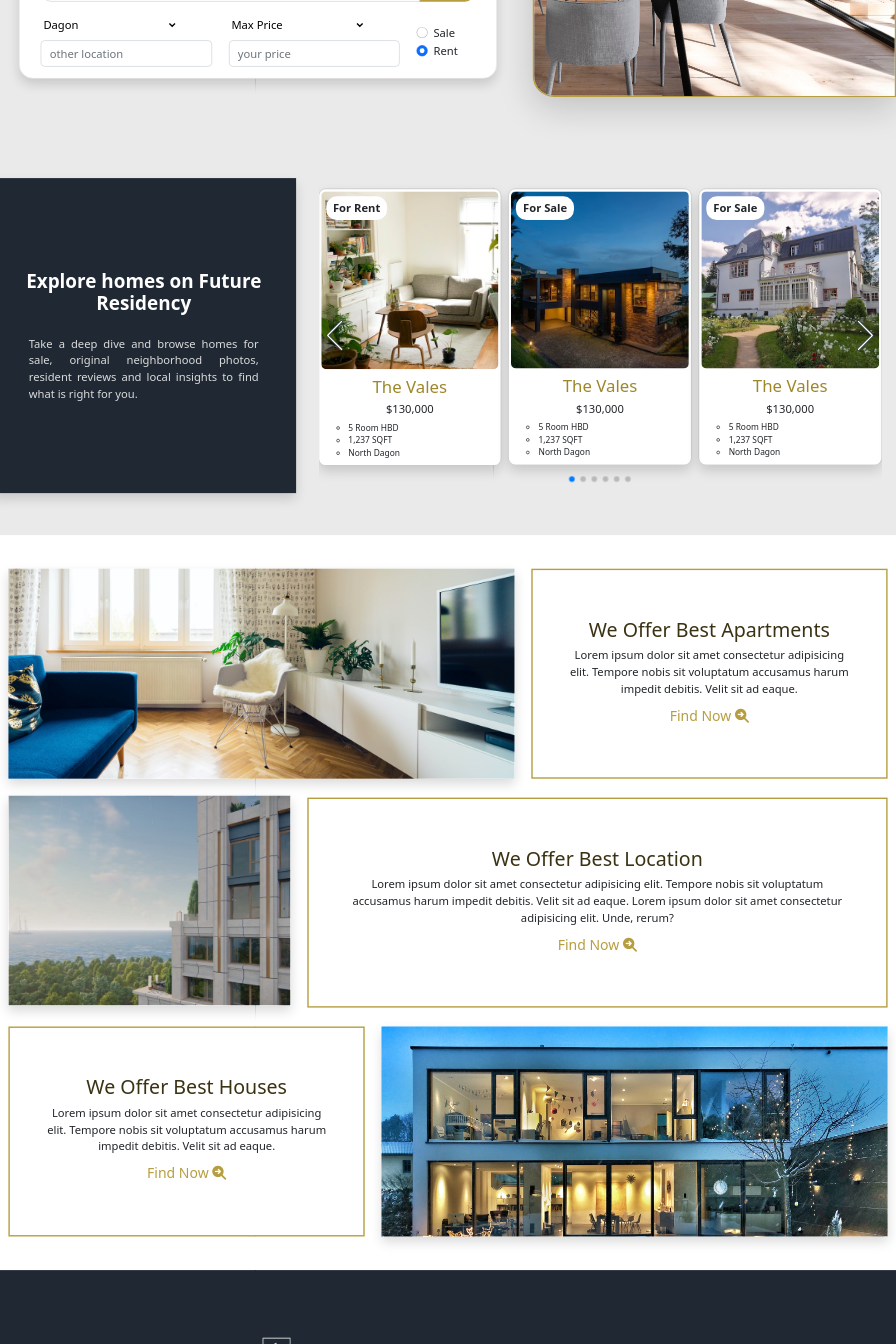
Repository: pyaestk/Future-residency
Page: index.html
These files come from the project's save history. The page is drawn as it stood at one moment and after the next save; the edit follows.
The browser window is 1280 px wide. The pictures show the part of the page from y = 508 to 2428 px (the page is 2765 px tall), at 70% of full size.
Pictures or frames that could not be fetched are drawn as grey boxes.

Above is the page before, as saved 2022-12-06 21:36:16.

### index.html
<!doctype html>
<html lang="en">

<head>
  <meta charset="utf-8">
  <meta name="viewport" content="width=device-width, initial-scale=1, minimum-scale=1, maximum-scale=1 ">
  <title>FUTURE-RESIDENCY</title>
  <!--bootstrap-->
  <link href="https://cdn.jsdelivr.net/npm/bootstrap@5.2.3/dist/css/bootstrap.min.css" rel="stylesheet"
    integrity="sha384-rbsA2VBKQhggwzxH7pPCaAqO46MgnOM80zW1RWuH61DGLwZJEdK2Kadq2F9CUG65" crossorigin="anonymous">

  <!--custom css-->
  <link rel="stylesheet" href="style.css" type="text/css">
  <link rel="stylesheet" href="styleMobileview.css" type="text/css">
  <link rel="stylesheet" href="styleTabletview.css" type="text/css">

  <!--font awesome-->
  <link rel="stylesheet" href="https://cdnjs.cloudflare.com/ajax/libs/font-awesome/6.2.1/css/all.min.css"
    integrity="sha512-MV7K8+y+gLIBoVD59lQIYicR65iaqukzvf/nwasF0nqhPay5w/9lJmVM2hMDcnK1OnMGCdVK+iQrJ7lzPJQd1w=="
    crossorigin="anonymous" referrerpolicy="no-referrer" />

  <!--swiper js-->
  <link rel="stylesheet" href="https://cdn.jsdelivr.net/npm/swiper@8/swiper-bundle.min.css" />

</head>

<body>

  <!-- background -->
  <div class="background"></div>
  <!--navigation-->
  <nav class="shadow">
    <div class="logo-area">
      <img src="img/FUTURE_ReSIDENCY-removebg-preview.png" alt="logo" class="logo">
      <span>FUTURE-RESIDENCY</span>
    </div>


    <!--desktop-->
    <div class="navlinks" id="nav-right">
      <div class="icon closeMenubar shadow" onclick="hideMenu()">
        <i class="fa-solid fa-xmark"></i>
      </div>
      <ul>
        <li><a href="#home">HOME</a></li>
        <li><a href="properties.html">PROPERTIES</a></li>
        <li><a href="aboutUs.html">ABOUT US</a></li>
        <li><a href="contactUs.html">CONTACT US</a></li>
        <a href="singIn.html" class="navibutton">JOIN</a></li>
      </ul>
    </div>
    <div class="icon openMenubar">
      <i class="fa-solid fa-bars" onclick="showMenu()"></i>
    </div>
  </nav>
  <!--end navigation-->


  <!--jumbotron-->
  <div class="jumbotron mb-5" id="home">
    <div class="row mt-3">

      <div class="col-md-7 content">
        <div class="row px-5 text-center">
          <div class="col-md-12 mt-4 px-1">
            <div class="subtext text-center">
              <h4>Future Residency Real Estate</h4>
            </div>
            <p>Discover A Place You'll Love To Live</p>
            <div class="subtext my-4 text-center">
              Save thousands. Use our innovative technology to walk you
              step-by-step through the home buying and selling process.
            </div>
            <hr>
          </div>
        </div>

        <div class="row justify-content-md-center formsession">
          <div class="col-md-12">
            <div class="mb-3 text-center"><span>Let's find a home that's perfect for you <i
                  class="fa-sharp fa-solid fa-caret-down"></i></span></div>
            <div class="searchSection shadow  py-3 ">
              <div class="row">
                <div class="container input-group form-area mb-3 searchgroup">
                  <input type="text" class="form-control searchbar" placeholder="Address, neighborhood, city, ZIP code">
                  <button><i class="fa-solid fa-magnifying-glass"></i></button>
                </div>
              </div>
              <div class="row">
                <div class="col-md-5 col">
                  <select name="" id="">
                    <option value="">Dagon</option>
                    <option value="">North Dagon</option>
                    <option value="">Yankin</option>
                    <option value="">San Chaung</option>
                  </select>
                  <input type="text" class="form-control" placeholder="other location">
                </div>
                <div class="col-md-5 col">
                  <select name="" id="">
                    <option value="">Max Price</option>
                    <option value="">Average</option>
                    <option value="">Min Price</option>
                  </select>
                  <input type="text" class="form-control" placeholder="your price">
                </div>
                <div class="col-md-2 pt-3 col-3">
                  <div class="form-check">
                    <input class="form-check-input" type="radio" name="flexRadioDefault" id="flexRadioDefault1">
                    <label class="form-check-label" for="flexRadioDefault1">
                      Sale
                    </label>
                  </div>
                  <div class="form-check">
                    <input class="form-check-input" type="radio" name="flexRadioDefault" id="flexRadioDefault2" checked>
                    <label class="form-check-label" for="flexRadioDefault2">
                      Rent
                    </label>
                  </div>
                </div>
              </div>
            </div>
          </div>
        </div>
      </div>

      <div class="col-md-5 text-center customCarousel my-2">
        <div id="carouselExampleCaptions" class="carousel slide w-100" data-bs-ride="true">
          <div class="carousel-inner carouselborder shadow-lg">
            <div class="carousel-item active">
              <img src="img/carousel1.jpg" class="img-fluid d-block w-100" alt="...">
            </div>
            <div class="carousel-item">
              <img src="img/carousel2.jpg" class="img-fluid d-block w-100" alt="...">
            </div>
            <div class="carousel-item">
              <img src="img/carousel3.jpg" class="img-fluid d-block w-100" alt="...">
            </div>
          </div>
          <button class="carousel-control-next" type="button" data-bs-target="#carouselExampleCaptions"
            data-bs-slide="next">
            <span class="carousel-control-next-icon" aria-hidden="true"></span>
            <span class="visually-hidden">Next</span>
          </button>
        </div>
      </div>
    </div>
  </div>
  <!--end jumbotron-->

  <div class="group1">
    <div class="row">

      <div class="col-md-4">
        <div class="row label2 shadow">
          <div class="col-md-12 text-center">

            <h3>Explore homes on Future Residency</h3>
            <p class="sublabel">
              Take a deep dive and browse homes for sale, original neighborhood photos, resident reviews and local
              insights to find what is right for you.
            </p>

          </div>
        </div>
      </div>

      <div class="col-md-8">

        <div class="row featuredcard">
          <div class="col-md-12">
            <!--index swiperJs-->
            <div class="swiper mySwiper">
              <div class="swiper-wrapper mb-4">
                <div class="swiper-slide">

                  <div class="card salecard shadow">
                    <div class="salecard-img">
                      <img src="img/apartment1.jpg" class="card-img-top" alt="...">
                      <div class="layer">
                        <h6> See More <i class="fa-sharp fa-solid fa-arrow-right-from-bracket"></i></h6>
                      </div>
                      <div class="layer2">
                        <span>For Rent</span>
                      </div>
                    </div>
                    <div class="salecard-body">
                      <div class="row">
                        <div class="col-md-12 text-center">
                          <h4>The Vales</h4>
                          <h6>$130,000</h6>
                        </div>
                        <div class="col-md-12">
                          <li>5 Room HBD</li>
                          <li>1,237 SQFT</li>
                          <li>North Dagon</li>
                        </div>
                      </div>
                    </div>
                  </div>

                </div>
                <div class="swiper-slide">

                  <div class="card salecard shadow">
                    <div class="salecard-img">
                      <img src="img/house3.jpg" class="card-img-top" alt="...">
                      <div class="layer">
                        <h6> See More <i class="fa-sharp fa-solid fa-arrow-right-from-bracket"></i></h6>
                      </div>
                      <div class="layer2">
                        <span>For Sale</span>
                      </div>
                    </div>
                    <div class="salecard-body">
                      <div class="row">
                        <div class="col-md-12 text-center">
                          <h4>The Vales</h4>
                          <h6>$130,000</h6>
                        </div>
                        <div class="col-md-12">
                          <li>5 Room HBD</li>
                          <li>1,237 SQFT</li>
                          <li>North Dagon</li>
                        </div>
                      </div>
                    </div>
                  </div>

                </div>
                <div class="swiper-slide">

                  <div class="card salecard shadow">
                    <div class="salecard-img">
                      <img src="img/house1.jpg" class="card-img-top" alt="...">
                      <div class="layer">
                        <h6> See More <i class="fa-sharp fa-solid fa-arrow-right-from-bracket"></i></h6>
                      </div>
                      <div class="layer2">
                        <span>For Sale</span>
                      </div>
                    </div>
                    <div class="salecard-body">
                      <div class="row">
                        <div class="col-md-12 text-center">
                          <h4>The Vales</h4>
                          <h6>$130,000</h6>
                        </div>
                        <div class="col-md-12">
                          <li>5 Room HBD</li>
                          <li>1,237 SQFT</li>
                          <li>North Dagon</li>
                        </div>
                      </div>
                    </div>
                  </div>

                </div>
                <div class="swiper-slide">

                  <div class="card salecard shadow">
                    <div class="salecard-img">
                      <img src="img/house5.jpg" class="card-img-top" alt="...">
                      <div class="layer">
                        <h6> See More <i class="fa-sharp fa-solid fa-arrow-right-from-bracket"></i></h6>
                      </div>
                      <div class="layer2">
                        <span>For Sale</span>
                      </div>
                    </div>
                    <div class="salecard-body">
                      <div class="row">
                        <div class="col-md-12 text-center">
                          <h4>The Vales</h4>
                          <h6>$130,000</h6>
                        </div>
                        <div class="col-md-12">
                          <li>5 Room HBD</li>
                          <li>1,237 SQFT</li>
                          <li>North Dagon</li>
                        </div>
                      </div>
                    </div>
                  </div>

                </div>
                <div class="swiper-slide">

                  <div class="card salecard shadow">
                    <div class="salecard-img">
                      <img src="img/house10.jpg" class="card-img-top" alt="...">
                      <div class="layer">
                        <h6> See More <i class="fa-sharp fa-solid fa-arrow-right-from-bracket"></i></h6>
                      </div>
                      <div class="layer2">
                        <span>For Sale</span>
                      </div>
                    </div>
                    <div class="salecard-body">
                      <div class="row">
                        <div class="col-md-12 text-center">
                          <h4>The Vales</h4>
                          <h6>$130,000</h6>
                        </div>
                        <div class="col-md-12">
                          <li>5 Room HBD</li>
                          <li>1,237 SQFT</li>
                          <li>North Dagon</li>
                        </div>
                      </div>
                    </div>
                  </div>

                </div>
                <div class="swiper-slide">

                  <div class="card salecard shadow">
                    <div class="salecard-img">
                      <img src="img/apartment5.jpg" class="card-img-top" alt="...">
                      <div class="layer">
                        <h6> See More <i class="fa-sharp fa-solid fa-arrow-right-from-bracket"></i></h6>
                      </div>
                      <div class="layer2">
                        <span>For Rent</span>
                      </div>
                    </div>
                    <div class="salecard-body">
                      <div class="row">
                        <div class="col-md-12 text-center">
                          <h4>The Vales</h4>
                          <h6>$130,000</h6>
                        </div>
                        <div class="col-md-12">
                          <li>5 Room HBD</li>
                          <li>1,237 SQFT</li>
                          <li>North Dagon</li>
                        </div>
                      </div>
                    </div>
                  </div>

                </div>

              </div>

              <div class="swiper-button-next" style="color: #ffffff;   -webkit-text-stroke-width: 1px;
              -webkit-text-stroke-color: #1F2833;"></div>

              <div class="swiper-button-prev text-light" style="color: #ffffff;   -webkit-text-stroke-width: 1px;
              -webkit-text-stroke-color: #1F2833;"></div>

              <div class="swiper-pagination"></div>
            </div>
          </div>
          <!--swiperJs end-->
        </div>
      </div>

    </div>
  </div>
  <!--group1 end-->




  <div class="container-fluid pt-5">
    <div class="row pic-container">
      <div class="col-md-7">
        <div class="pic1">
          <img class="shadow" src="img/jarek-ceborski-jn7uVeCdf6U-unsplash.jpg" alt="">
        </div>
      </div>
      <div class=" col-md-5 d-flex flex-column justify-content-center">
        <div class="pic1-caption d-flex flex-column justify-content-center px-5 align-items-center">
          <h3>We Offer Best Apartments</h3>
          <span>Lorem ipsum dolor sit amet consectetur adipisicing elit.
             Tempore nobis sit voluptatum accusamus harum impedit debitis.
             Velit sit ad eaque.
          </span>
          <h6>Find Now <i class="fa-solid fa-magnifying-glass-arrow-right"></i></h6>
        </div>
      </div>
    </div>
  </div>
  <div class="container-fluid pt-2">
    <div class="row mt-3">
      <div class="col-md-4 vid">
        <video class="shadow" src="img/1624370561481-FbR_sea_fin_2905 - converted with Clipchamp.mp4" muted poster="img/Screenshot 2022-12-05 124058.jpg" onmouseover="this.play()" onmouseout="this.pause()"></video>
      </div>
      <div class=" col-md-8 d-flex flex-column justify-content-center">
        <div class="vid-caption px-5 d-flex flex-column justify-content-center align-items-center">
          <h3>We Offer Best Location</h3>
          <span>Lorem ipsum dolor sit amet consectetur adipisicing elit.
            Tempore nobis sit voluptatum accusamus harum impedit debitis.
            Velit sit ad eaque.
            Lorem ipsum dolor sit amet consectetur adipisicing elit. Unde, rerum?
          </span>
          <h6>Find Now <i class="fa-solid fa-magnifying-glass-arrow-right"></i></h6>
        </div>
      </div>

    </div>
  </div>

  <div class="container-fluid pt-2 mb-5">
    <div class="row mt-3 pic2-container">

      <div class=" col-md-5 d-flex flex-column justify-content-center">
        <div class="pic2-caption px-5 d-flex flex-column justify-content-center align-items-center">
          <h3>We Offer Best Houses</h3>
          <span>Lorem ipsum dolor sit amet consectetur adipisicing elit.
            Tempore nobis sit voluptatum accusamus harum impedit debitis.
            Velit sit ad eaque.
          </span>
          <h6>Find Now <i class="fa-solid fa-magnifying-glass-arrow-right"></i></h6>
        </div>
      </div>
      <div class="col-md-7 pic2">
        <img class="shadow" src="img/stephan-bechert-yFV39g6AZ5o-unsplash.jpg" alt="">
      </div>

    </div>
  </div>









  <!--footer-->
  <div class="footer pt-5">
    <div class="container text-center text-white">
      <div class="row">
        <div class="col-md-12 my-5">
          <h2><img src="img/FUTURE_ReSIDENCY-removebg-preview-modified.png" alt="logo" class="logo pb-2"><span>
              FUTURE-RESIDENCY </span> Real Estate</h2>
        </div>
      </div>
      <div class="row pb-5 gap-5 justify-content-md-center">
        <div class="col col-md-2">
          <h5>Our company</h5>
          <div>About Us</div>
          <div>Privacy Policy</div>
          <div>Terms of Service</div>
        </div>
        <div class="col-md-auto">
          <h5>Advertise with us</h5>
          <div>List a Property</div>
          <div>Business Solutions</div>
        </div>
        <div class="col col-md-2">
          <h5>Let Us Help</h5>
          <div>Avoid Scams</div>
          <div>Contact Us</div>
          <div>Site Map</div>
        </div>
      </div>
      <hr>
      <div class="row text-center pb-2">
        <div class="col-md-12">
          <span class="copyright">© 2022 Rent Group Inc. All rights reserved. All photos, videos, text and other content
            are the property of Future-Residency Group Inc. APARTMENT GUIDE and the APARTMENT GUIDE Trade Dress
            are registered trademarks of Future-Residency Inc. or its affiliates.</span>
        </div>
      </div>
    </div>
  </div>



  <!--swiper js-->
  <script src="https://cdn.jsdelivr.net/npm/swiper@8/swiper-bundle.min.js"></script>

  <!--javascript-->
  <script src="app.js"></script>

  <!--bootstrap-->
  <script src="https://cdn.jsdelivr.net/npm/bootstrap@5.2.3/dist/js/bootstrap.bundle.min.js"
    integrity="sha384-kenU1KFdBIe4zVF0s0G1M5b4hcpxyD9F7jL+jjXkk+Q2h455rYXK/7HAuoJl+0I4"
    crossorigin="anonymous"></script>
</body>

</html>

### styleMobileview.css

/* mobile view */

@media only screen and (max-width: 767px) {

  /* navigation */
  .icon{
    display: block;
    cursor: pointer;
  }
  nav{
    z-index: 1000;
  }
  .navlinks{
    position: absolute;
    background-color: rgb(216, 216, 216);
    height: 100vh;
    width: 100vw;
    top: 0;
    right: -100vw;
    text-align: left;
    z-index: 10;
    transition: .7s;
  }
  .navlinks ul li a{
    color: black;
  }
  .navlinks ul li{
    display: block;
    margin: 50px 0;
    border-radius: 20px;
  }
  .navlinks ul{
    padding-left: 0;
    text-align: center;
  }
  .navibutton{
    margin-left: 0;
    color: black;
    border: 2px solid black;
  }
  .navlinks .closeMenubar{
    background-color: white;
    display: block;
    padding: 15px 20px;
    text-align: end;
  }
  /* navigation end */

  /* jumbotron */
  .jumbotron p{
    font-size: 55px;
  }
  .subtext h4, .subtext{
    font-size: 13px;
  }
  .indexBackground{
    background: linear-gradient(90deg, #EAEAEA 65%, #EAEAEA -30%);
  }
  .searchSection{
    margin: 10px 10px;
  }
  .customCarousel{
    margin-left: 10px;
  }
  .carousel-control-next{
    padding-right: 30px;
  }
  /* jumbotron end */

  /* first group */
  .group1{
    padding-top: 10px;
    padding-bottom: 10px;
  }
  .label2{
    margin-left: 10px;
    border-radius: 10px;
    margin: 0 10px;
    padding: 40px 15px 40px 15px;
  }
  .label2 h3{
    font-size: 20px;
  }
  .sublabel{
    font-size: 13px;
    padding-top: 10px;
  }
  .salecard li{
    padding-left: 20px;
  }
  .featuredcard{
    padding: 0 10px;
  }
  /* second group */
  .group2 .col-md-8{
    order: 2;
  }
  .label{
    margin: 0 10px;
    padding: 30px 0;
    border-radius: 5px 20px 20px 5px;
  }
  .label h3{
    font-size: 20px;
    padding: 20px 10px;
  }


  .salecard h6{
    font-size: 12px;
    padding-bottom: 0;
  }
  .salecard li{
    font-size: 10px;
    list-style-type: circle;
  }
  .layer h5{
    font-size: 12px;
  }

  .layer2{
    font-size: 10px;
    padding: 3px 3px;
  }
  .pic2-container .col-md-5{
    order: 2;
  }

  /* properties */
  .searchSection{
    font-size: 13px;
  }
  .searchSection input::placeholder{
    font-size: 13px;
  }

  /* aboutUs */
  .ourhistory .label2{
    color: white;
    background-color: #1F2833;
    margin-left: 10px;
    border-radius: 5px 20px 20px 5px;
    margin: 10px 10px;
    padding: 10px;
  }
  .ourhistory .history{
    border-radius: 20px 5px 5px 20px;
    margin: 30px 10px 0px 10px;
  }
  .history{
    text-align: justify;
  }
  .locationsession{
    text-align: center;
    margin: 10px;
  }

  /* contact us */
  .contactsession .cards{
    width: 320px;
  }
  .contactsession .card-body{
    padding: 25px 5px;
  }
  .contactsession h3{
    font-size: 15px;
  }
  .card-text{
    font-size: 14px;
  }
  .contactCard{
    height: 300px;
  }
  .contactCard h4{
    font-size: 18px;
  }
  .contactCard h6{
    font-size: 14px;
  }
  .contactCard p{
    font-size: 12px;
  }


  /* sign in page */
  .login-form{
    min-height: 60vh;
  }
  .login-video{
    margin-top: 25px;
  }
  .loginlayer{
    width: 270px;
  }
  .loginlayer h3{
    font-size: 20px;
  }
  .loginlayer h6{
    font-size: 13px;
  }

  /* saleitem page */
  .itemDetail{
    margin-top: 25px;
    margin-bottom: 30px;
  }

  /* footer */
  .footer h2{
    font-size: 19px;
  }
  .footer h5{
    font-size: 17px;
  }
  .footer{
    font-size: 12px;
  }
  .footer .copyright{
    font-size: 12px;
  }

}

Loaded but not shown: app.js (83 lines, source omitted); style.css (662 lines, source omitted); styleTabletview.css (234 lines, source omitted)

After the next save:
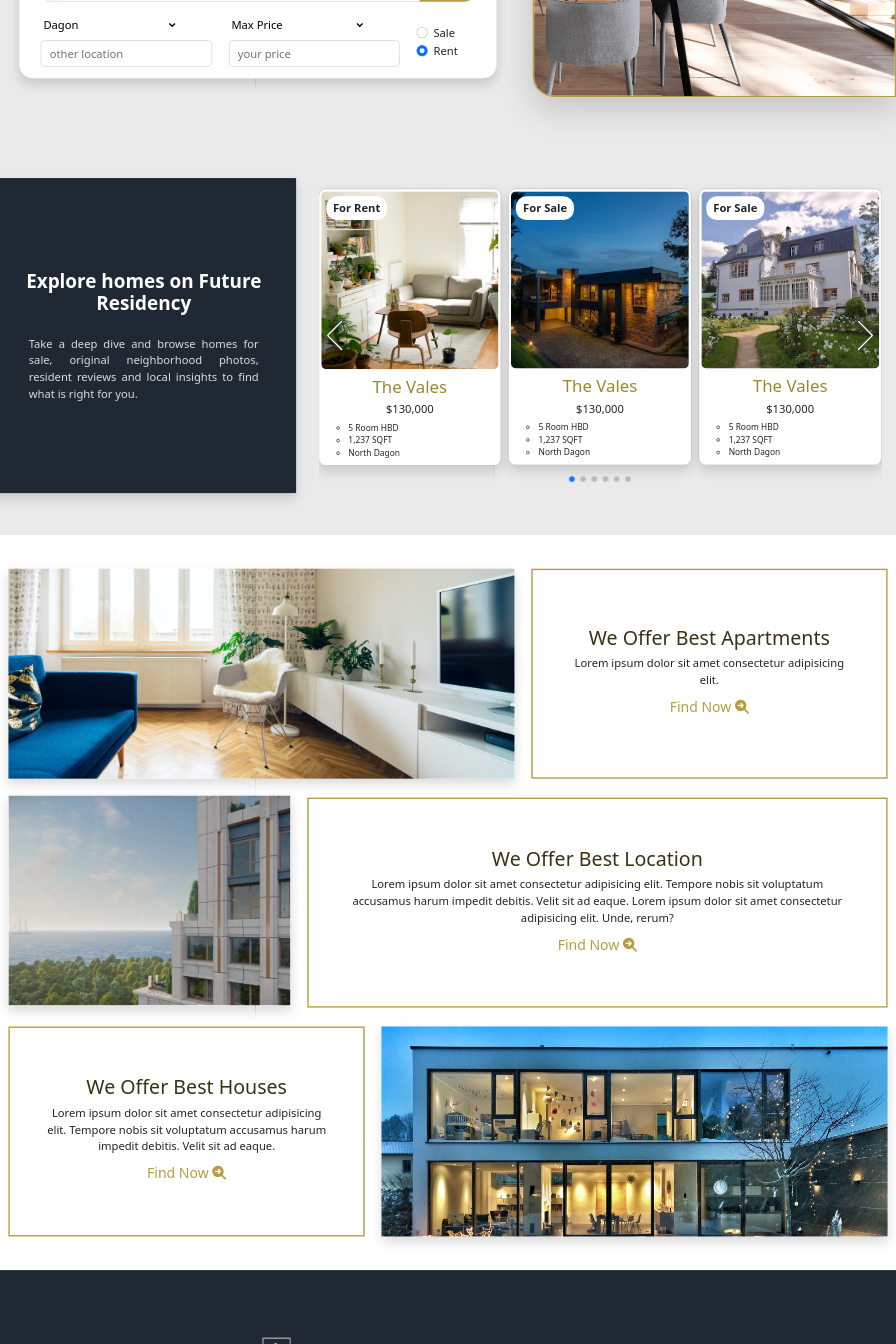
Saved 3 min 58 s later.
--- a/index.html
+++ b/index.html
@@ -374,8 +374,6 @@
         <div class="pic1-caption d-flex flex-column justify-content-center px-5 align-items-center">
           <h3>We Offer Best Apartments</h3>
           <span>Lorem ipsum dolor sit amet consectetur adipisicing elit.
-             Tempore nobis sit voluptatum accusamus harum impedit debitis.
-             Velit sit ad eaque.
           </span>
           <h6>Find Now <i class="fa-solid fa-magnifying-glass-arrow-right"></i></h6>
         </div>
